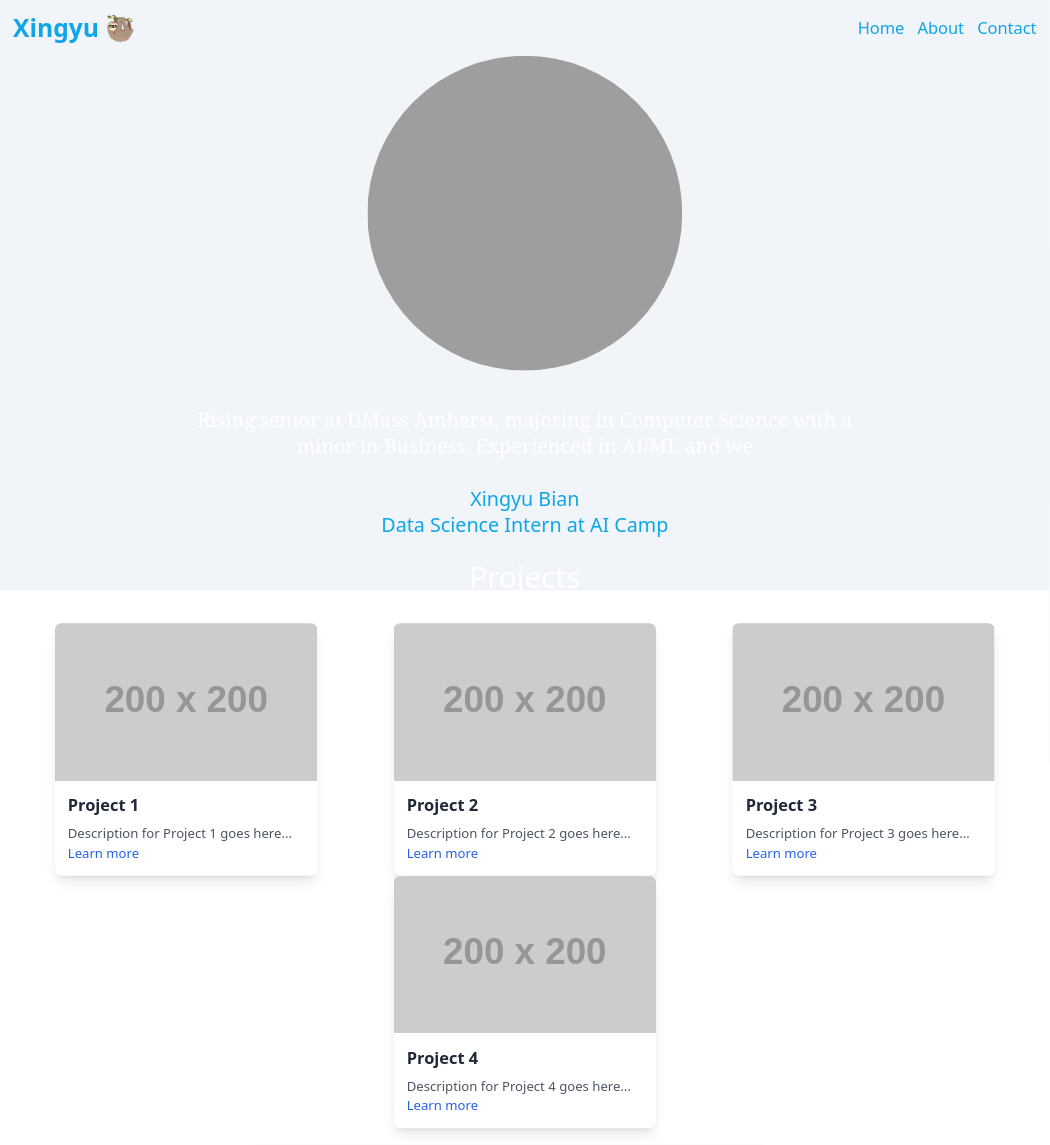
Repository: therealcyberlord/personal-portfolio
Page: /
The author's editor kept a copy of each file at every save. The page is drawn from the files as they stood at one save, then again after a run of saves.
The browser window is 1280 px wide. The pictures show the whole page, at 82% of full size.
Pictures or frames that could not be fetched are drawn as grey boxes. The project was rebuilt for these pictures with package versions that can differ from the ones it lists, and the page was loaded fresh each time. Also part of the build but not shown: vite.config.ts, src/pages/About.tsx, src/pages/Contact.tsx.

Above is the page before, as saved 2023-07-23 16:14:43.

After the next 2 saves:
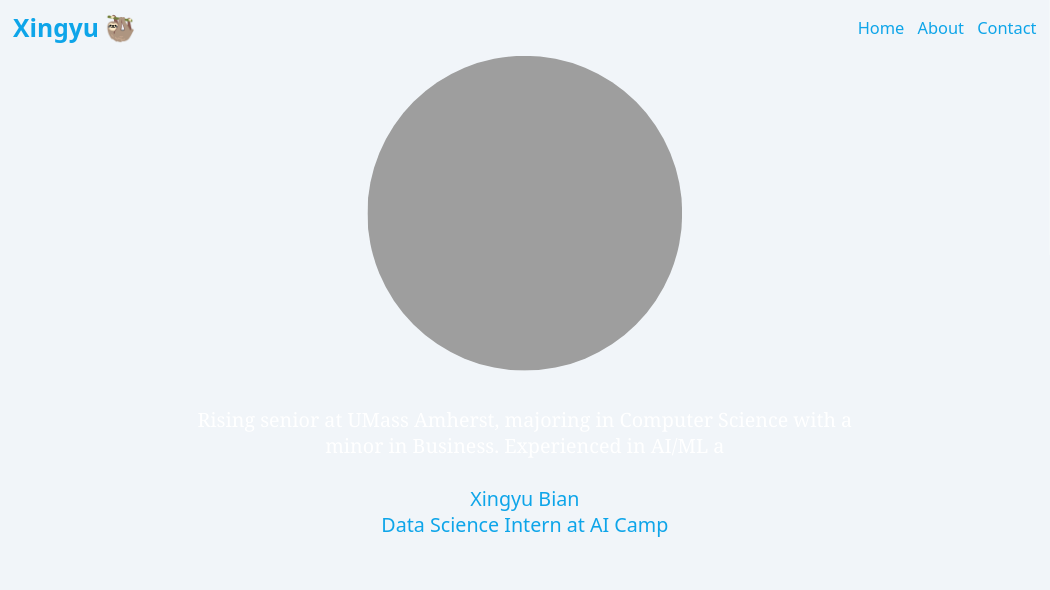
The 2 saves are shown as one change because they came seconds apart.
The last was saved 6 h 24 min later.
--- a/src/pages/Home.tsx
+++ b/src/pages/Home.tsx
@@ -12,35 +12,6 @@
         img_path="https://media.licdn.com/dms/image/D4E03AQFCQkdaurjz6w/profile-displayphoto-shrink_800_800/0/1683933220891?e=1695859200&v=beta&t=uIRKof3vYt0XOvIpsSgM-4hSd2uGWgJoHZSCfBV5E1M"
         role="Data Science Intern at AI Camp"
       />
-      <h2 className="p-4 text-white text-4xl font-medium text-center">
-        Projects
-      </h2>
-      <div className="p-5 flex flex-wrap justify-around">
-        <Project
-          name="Project 1"
-          description="Description for Project 1 goes here..."
-          img_path="https://placehold.it/200"
-          src_path="https://github.com/project1"
-        />
-        <Project
-          name="Project 2"
-          description="Description for Project 2 goes here..."
-          img_path="https://placehold.it/200"
-          src_path="https://github.com/project2"
-        />
-        <Project
-          name="Project 3"
-          description="Description for Project 3 goes here..."
-          img_path="https://placehold.it/200"
-          src_path="https://github.com/project3"
-        />
-        <Project
-          name="Project 4"
-          description="Description for Project 4 goes here..."
-          img_path="https://placehold.it/200"
-          src_path="https://github.com/project4"
-        />
-      </div>
     </>
   );
 };
